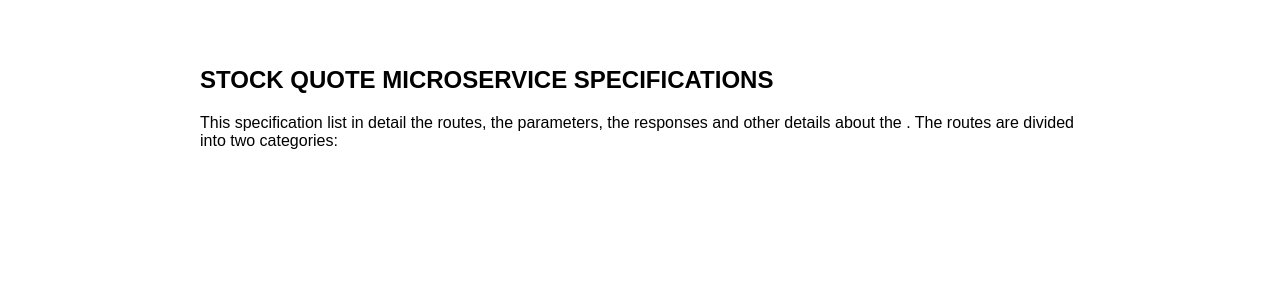
Repository: miguelamello/nest-js
Page: stock-service/specs.html
These files come from the project's save history. The page is drawn as it stood at one moment and after a run of saves; the edit follows.
The browser window is 1280 px wide. The pictures show the whole page.

Above is the page before, as saved 2023-04-02 19:44:30.

### stock-service/specs.html
<!DOCTYPE html>
<html lang="en">
<head>
  <meta charset="UTF-8">
  <meta http-equiv="X-UA-Compatible" content="IE=edge">
  <meta name="viewport" content="width=device-width, initial-scale=1.0">
  <title>STOCK QUOTE MICROSERVICE</title>
  <style>
    body {
      font-family: Arial, Helvetica, sans-serif;
      padding: 3% 15%;
    }
    h3 {
      margin-top: 5%;
    }
    pre {
      margin: 0;
      overflow: auto;
    }
  </style>
</head>
<body>
  <h2>STOCK QUOTE MICROSERVICE SPECIFICATIONS</h2>
  <p>
    This specification list in detail the routes, the parameters, the responses and other
    details about the . The routes are divided into two categories:
  </p>

</body>
</html>

After the next 2 saves:
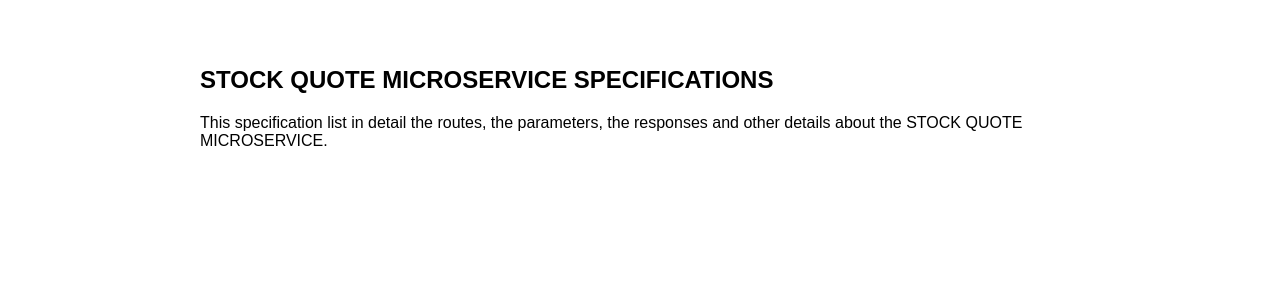
The 2 saves are shown as one change because they came seconds apart.
The last was saved 7 s later.
--- a/stock-service/specs.html
+++ b/stock-service/specs.html
@@ -23,7 +23,7 @@
   <h2>STOCK QUOTE MICROSERVICE SPECIFICATIONS</h2>
   <p>
     This specification list in detail the routes, the parameters, the responses and other
-    details about the . The routes are divided into two categories:
+    details about the STOCK QUOTE MICROSERVICE.
   </p>
 
 </body>
